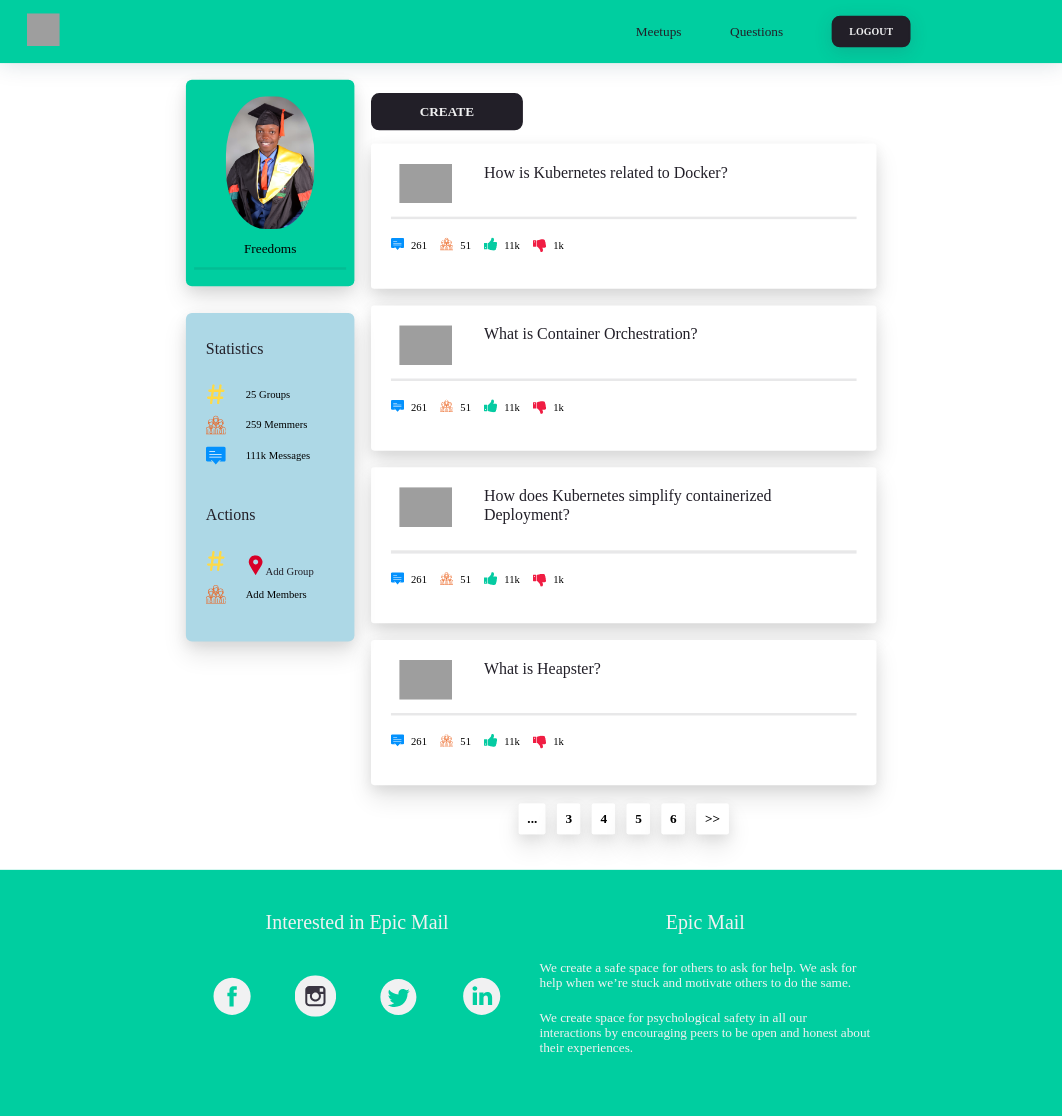
Repository: Gfreedoms/Epic-Mail
Page: pages/admin/profile.html
The author's editor kept a copy of each file at every save. The page is drawn from the files as they stood at one save, then again after the next save.
The browser window is 1280 px wide. The pictures show the whole page, at 83% of full size.
Pictures or frames that could not be fetched are drawn as grey boxes. Some web fonts or font styles are not loaded; a fallback is used.

Above is the page before, as saved 2019-02-28 06:13:26.

After the next save:
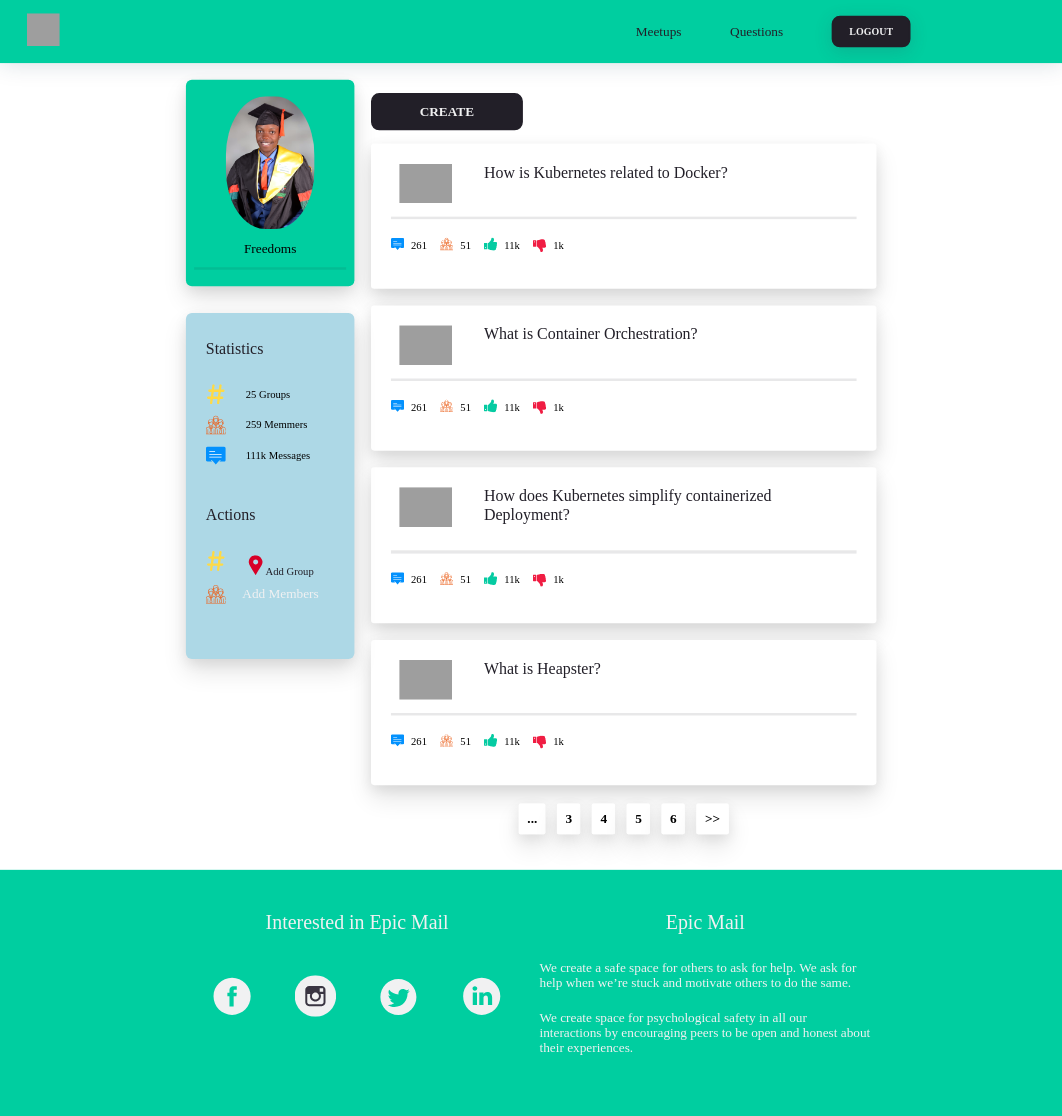
Saved 119 s later.
--- a/pages/admin/profile.html
+++ b/pages/admin/profile.html
@@ -85,7 +85,13 @@
 							</li>
 							<li>
 								<img src="../../assets/imgs/icons/people.svg" alt="">
-								<span><a href="../create_group.html"></a>Add Members</span>
+								<div class = "labels">
+									<a class="label_links" href="../profile.html">
+										<h3 class="sm-text">Add Members</h3>
+									</a>
+							</div>
+
+
 							</li>
 
 						</ul>
